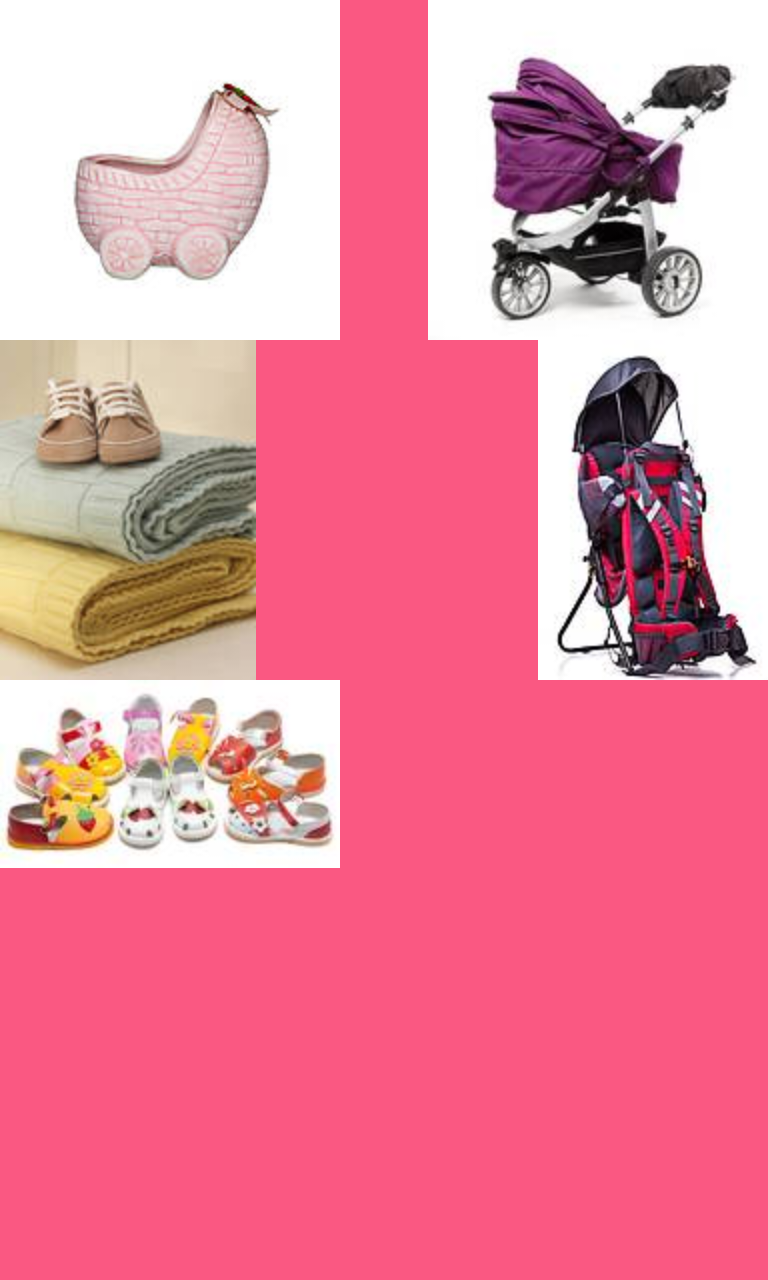
Repository: Clarenaliaka/code-challenge
Layout: ModernMum/res/layout/advert.xml
These files come from the project's save history. The layout is drawn as it stood at one moment and after the next save; the edit follows.
It is drawn on a 768 x 1280 px phone screen (xhdpi) without system bars, with theme AppTheme; the app's code is not run.

Above is the layout before, as saved 2014-08-03 10:59:12.

### ModernMum/res/layout/advert.xml
<?xml version="1.0" encoding="utf-8"?>
<RelativeLayout xmlns:android="http://schemas.android.com/apk/res/android"
    android:layout_width="match_parent"
    android:layout_height="fill_parent"
    android:background="@color/pink"
    android:orientation="vertical" >

    <ImageButton
        android:id="@+id/ibstroller"
        android:layout_width="wrap_content"
        android:layout_height="wrap_content"
        android:layout_alignParentLeft="true"
        android:layout_alignParentTop="true"
        android:background="@null"
        android:src="@drawable/co" />

    <ImageButton
        android:id="@+id/ibbaby"
        android:layout_width="wrap_content"
        android:layout_height="wrap_content"
        android:layout_alignParentRight="true"
        android:layout_alignParentTop="true"
        android:background="@null"
        android:src="@drawable/baby" />

     <ImageButton
         android:id="@+id/ibnipo"
         android:layout_width="wrap_content"
         android:layout_height="wrap_content"
         android:layout_alignParentLeft="true"
         android:layout_below="@+id/ibstroller"
         android:background="@null"
         android:src="@drawable/clo"
         />

     <ImageButton
         android:id="@+id/ibca"
         android:layout_width="wrap_content"
         android:layout_height="wrap_content"
         android:layout_alignParentRight="true"
         android:layout_below="@+id/ibbaby"
         android:background="@null"
         android:src="@drawable/ca" />

     <ImageButton
         android:id="@+id/ibsa"
         android:layout_width="wrap_content"
         android:layout_height="wrap_content"
         android:layout_alignParentLeft="true"
         android:layout_below="@+id/ibnipo"
         android:background="@null"
         android:src="@drawable/sa" />


</RelativeLayout>

### ModernMum/res/values/color.xml
<?xml version="1.0" encoding="utf-8"?>
<resources>
    <color name="green">#660</color>
<color name="white">#FFFFFF</color>
<color name="black">#000000</color>
<color name="red">#FA5858</color>
<color name="brown">#2A120A</color>
<color name="grew">#151515</color>
<color name="blue">#4E3B6F</color>
<color name="purple">#AA18A3</color>
<color name="darkbrown">#AA4B18</color>
<color name="orange">#ff6633</color>
<color name="lightpink">#FFB6C1</color>
<color name="pink">#FA5882</color>
</resources>

### ModernMum/res/values/strings.xml
<?xml version="1.0" encoding="utf-8"?>
<resources>

    <string name="app_name">ModernMum</string>
    <string name="btnregister">Register</string>
    <string name="action_settings">Settings</string>
    <string name="btnlogin">Login</string>
    <string name="first">First Name</string>
    <string name="last">Last Name</string>
    <string name="email">Email Address</string>
    <string name="Password">Password</string>
    <string name="phone">Phone Number</string>
    <string name="loce">Location</string>
    <string name="title_activity_register_screen">RegisterScreenActivity</string>
    <string name="hello_world">Hello world!</string>
    <string name="title_activity_login_screen">LoginScreenActivity</string>
    <string name="btnsubmit">Submit</string>
    <string name="btnback">back</string>
    <string name="des">show password</string>
    <string name="stroller">Baby Strollers</string>
    <string name="nipo">Baby Towels</string>
    <string name="diaper">Sandals</string>

    <string-array name="modern">
        <item>location</item>
        <item>Westlands</item>
        <item>Ngong road</item>
        <item>Loresho</item>
        <item>Kasarani</item>
        <item>Karen</item>
        <item>langata</item>
        <item>Mt.View</item>
        <item>Uthiru</item>
        <item>Parklands</item>
        <item>Upper Hill</item>
        <item>Nairobi West</item>
        <item>South B</item>
        <item>South C</item>
    </string-array>

    <string name="title_activity_advert_screen">AdvertScreenActivity</string>
    <string name="baby">Baby Products</string>
    <string name="title_activity_home_screen">HomeScreenActivity</string>
    <string name="btnadvert">Advertise</string>
    <string name="btnchat">Chat</string>
    <string name="btntips">Tips</string>
    <string name="btnbuy">Buy</string>
    <string name="title_activity_chat">ChatActivity</string>
    <string name="title_activity_contact_screen">ContactScreenActivity</string>

</resources>

Loaded but not shown: ModernMum/res/values/styles.xml (common file); ModernMum/res/values-v11/styles.xml (common file); ModernMum/res/values-v14/styles.xml (common file)

After the next save:
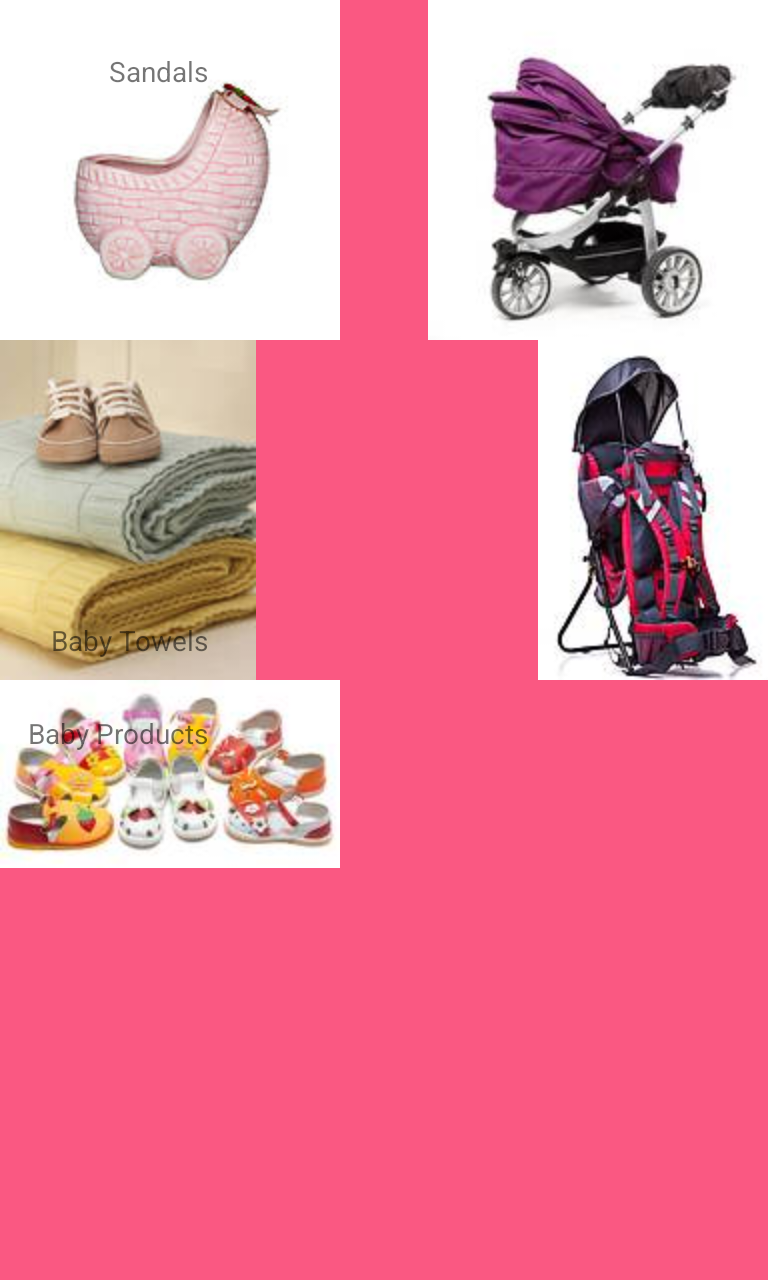
Saved 8 s later.
--- a/ModernMum/res/layout/advert.xml
+++ b/ModernMum/res/layout/advert.xml
@@ -51,5 +51,31 @@
          android:background="@null"
          android:src="@drawable/sa" />
 
+     <TextView
+         android:id="@+id/textView2"
+         android:layout_width="wrap_content"
+         android:layout_height="wrap_content"
+         android:layout_alignRight="@+id/textView1"
+         android:layout_alignTop="@+id/ibsa"
+         android:layout_marginTop="17dp"
+         android:text="@string/baby" />
+
+     <TextView
+         android:id="@+id/textView3"
+         android:layout_width="wrap_content"
+         android:layout_height="wrap_content"
+         android:layout_alignRight="@+id/textView2"
+         android:layout_centerVertical="true"
+         android:text="@string/nipo" />
+
+     <TextView
+         android:id="@+id/textView1"
+         android:layout_width="wrap_content"
+         android:layout_height="wrap_content"
+         android:layout_alignParentTop="true"
+         android:layout_alignRight="@+id/ibnipo"
+         android:layout_marginRight="24dp"
+         android:layout_marginTop="26dp"
+         android:text="@string/diaper" />
 
 </RelativeLayout>
